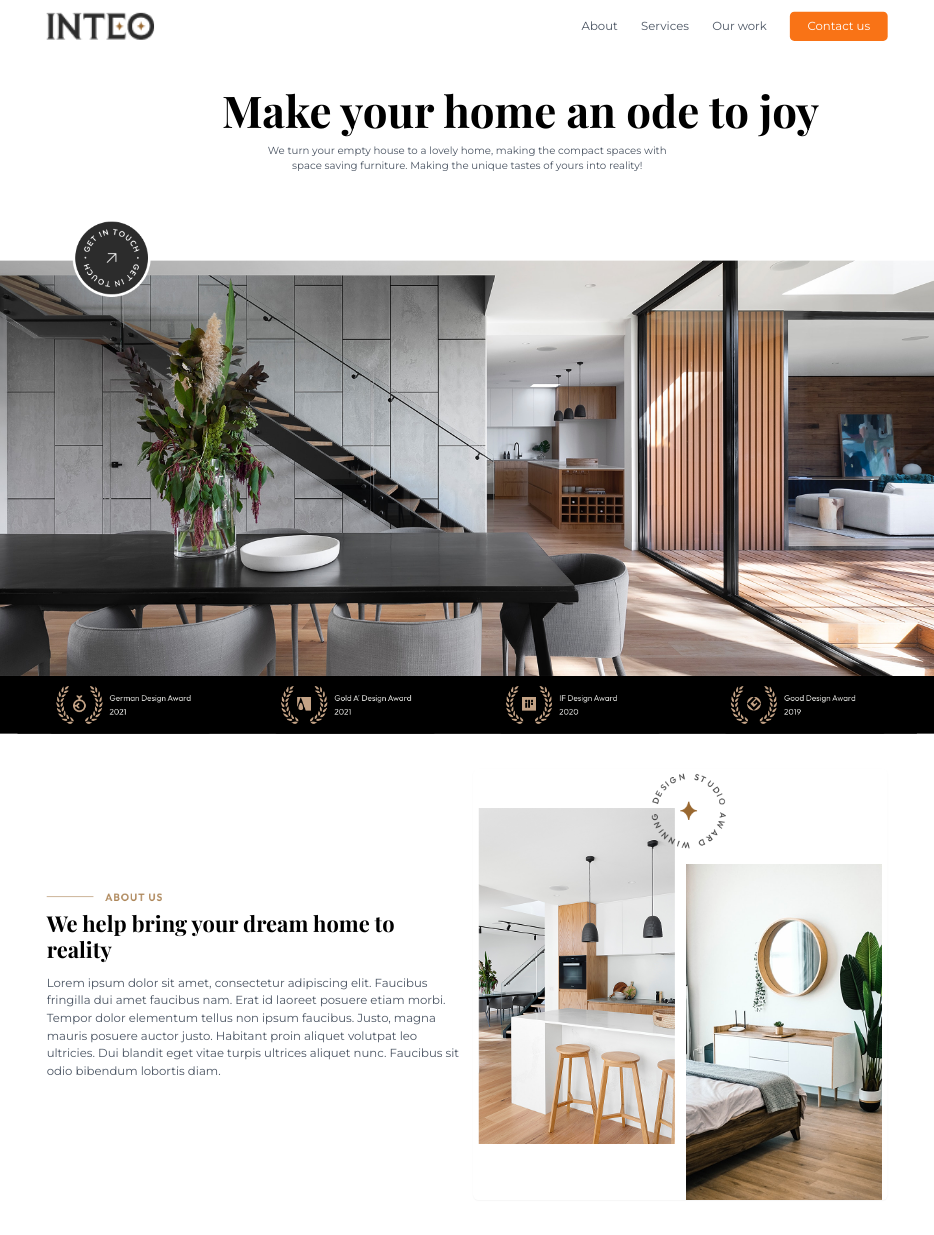
Repository: CatherinneJ/responsive-tailwind-website
Page: tailwind.html
These files come from the project's save history. The page is drawn as it stood at one moment and after the next save; the edit follows.
The browser window is 1280 px wide. The pictures show the whole page, at 73% of full size.
Some web libraries are served in a nearby version.

Above is the page before, as saved 2025-05-21 19:33:37.

After the next save:
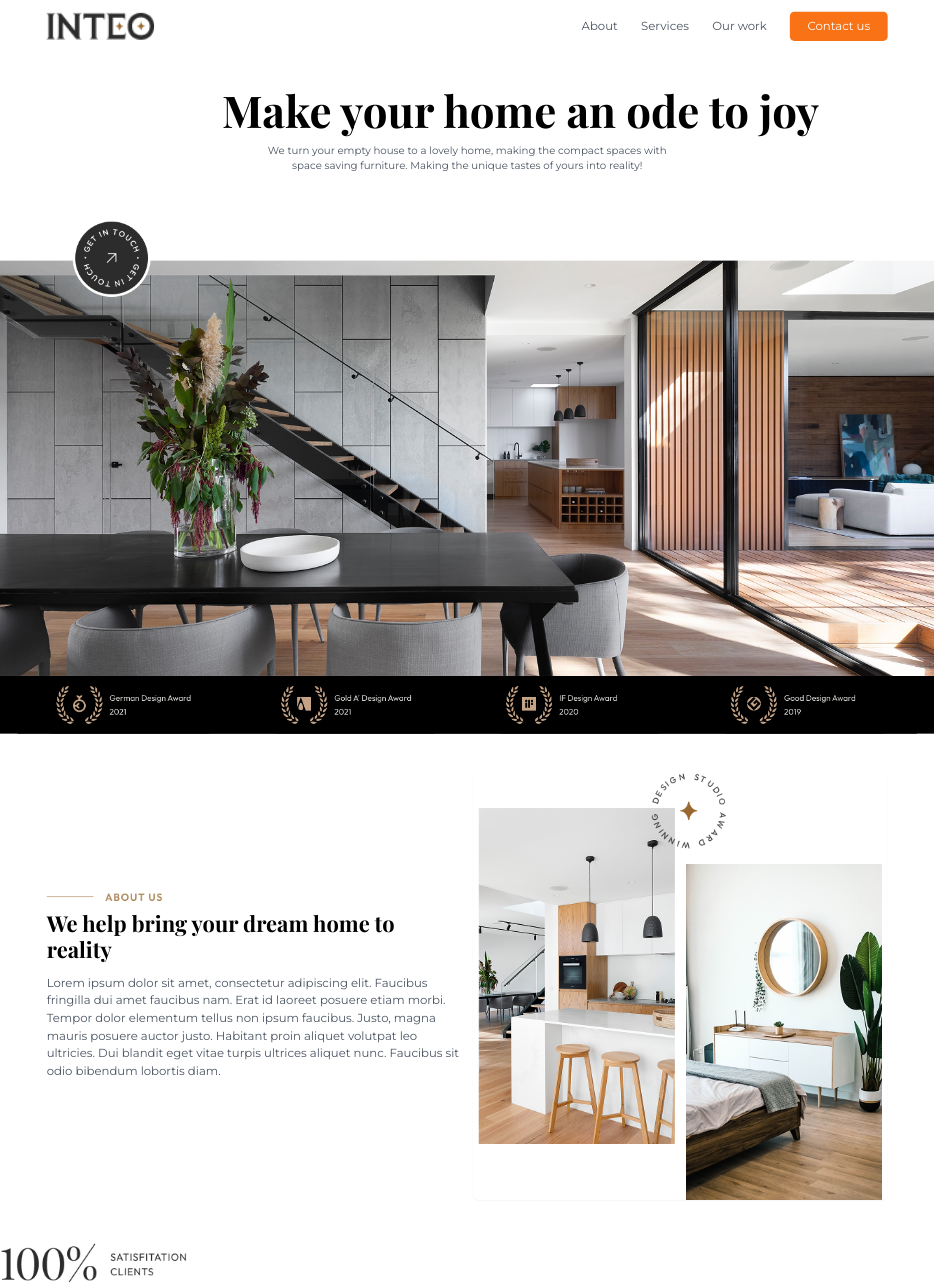
Saved 3 min 15 s later.
--- a/tailwind.html
+++ b/tailwind.html
@@ -85,6 +85,13 @@
             <img src="./Assets/Section.png" alt="Home design" class="w-full rounded-lg shadow-sm">
         </div>
     </section>
+    <search>
+        <h3>
+            <ul>
+                <li><img src="./Assets/Metric Item.png" alt="metric1"></li>
+            </ul>
+        </h3>
+    </search>
 </body>
 
 </html>
